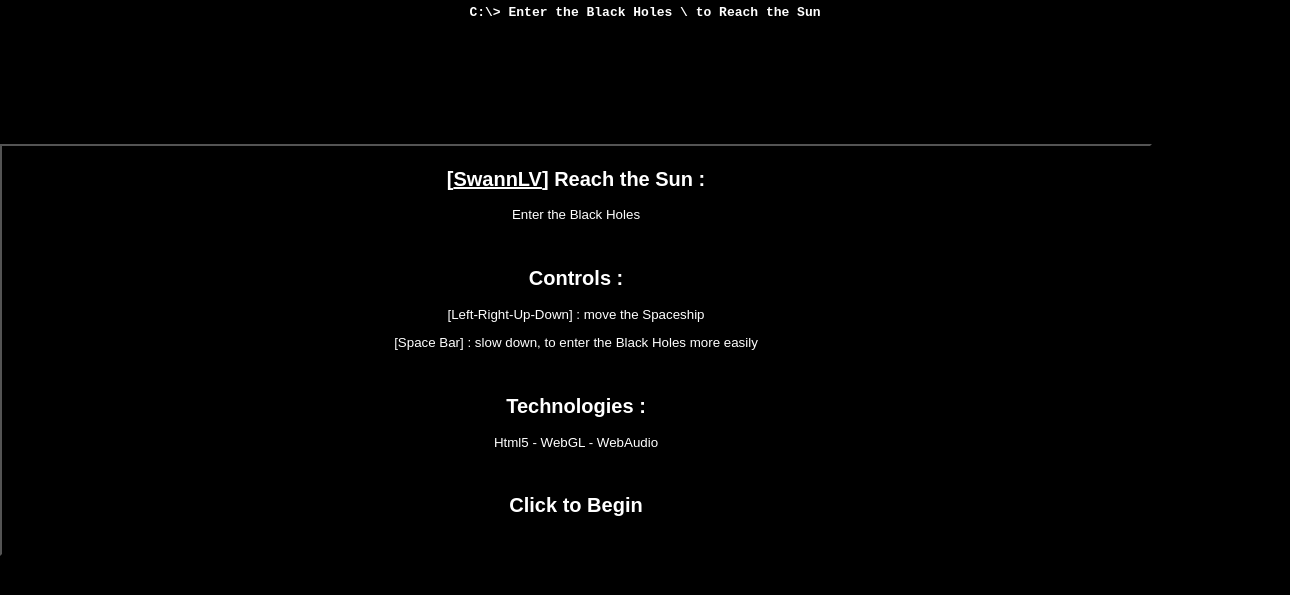
Repository: SwannLV/reach-the-sun
Page: Index.html
The author's editor kept a record of every edit. The page is drawn from the files as they stood at one moment, then again after the next edit.
The browser window is 1280 px wide. The page is 1290 px wide, so the pictures cover 1290 px, including what lies to the right of the window. The pictures show the whole page.
Some web libraries are served in a nearby version.

Above is the page before.
Console error: ReferenceError: THREE is not defined

After the next edit:
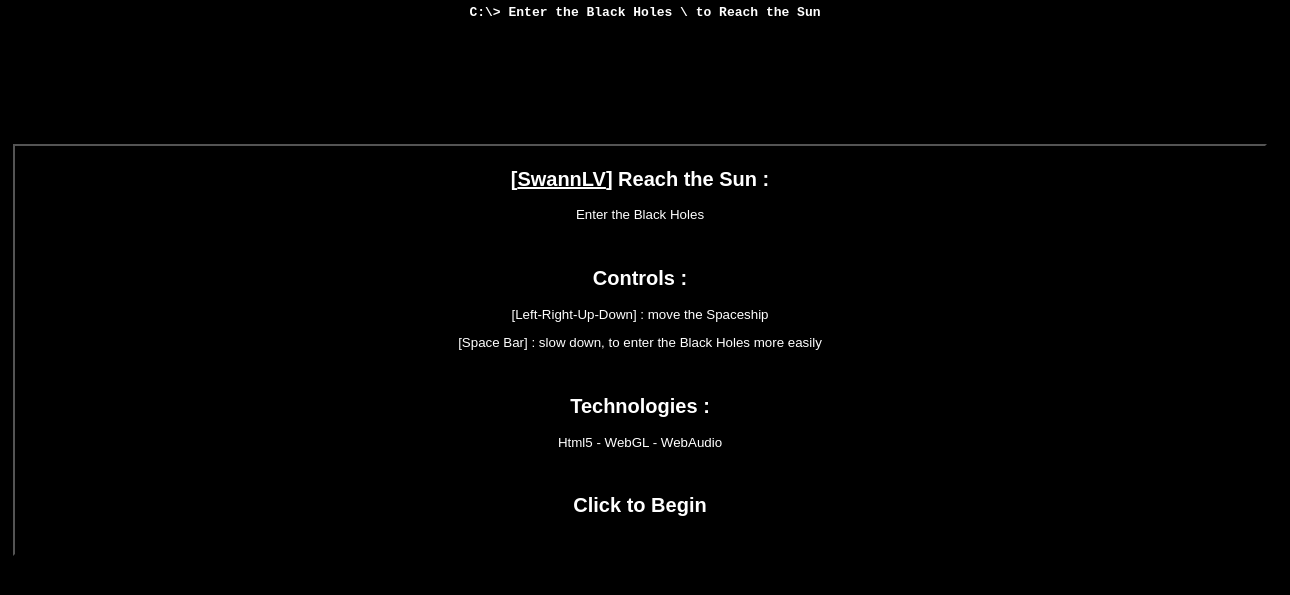
The edit:
--- a/Index.html
+++ b/Index.html
@@ -25,8 +25,8 @@
             #start {
                 position: absolute;
                 top: 20%;
-                left: 0%;
-                width: 90%;
+                left: 1%;
+                width: 98%;
                 padding: 5px;
             }
             #end {
